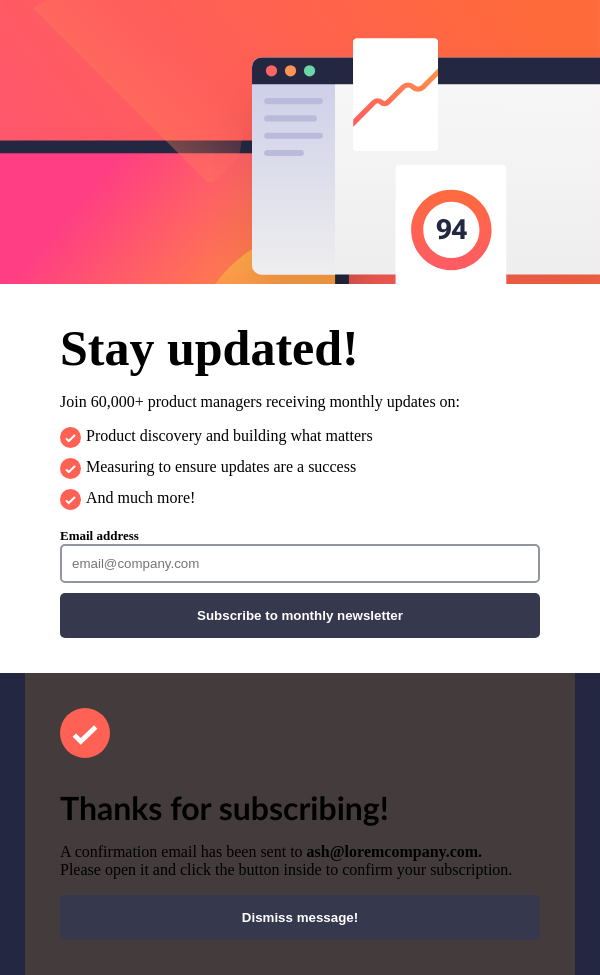
Repository: Celebration-cloud/Newsletter
Page: index.html
These files come from the project's save history. The page is drawn as it stood at one moment and after the next save; the edit follows.
The browser window is 600 px wide. The pictures show the whole page.

Above is the page before, as saved 2023-07-19 23:48:10.

### index.html
<!DOCTYPE html>
<html lang="en">
<head>
  <meta charset="UTF-8">
  <meta name="viewport" content="width=device-width, initial-scale=1.0"> <!-- displays site properly based on user's device -->

  <link rel="icon" type="image/png" sizes="32x32" href="./assets/images/favicon-32x32.png">
  <link rel="stylesheet" href="index.css">

  <title>Frontend Mentor | Newsletter sign-up form with success message</title>

  <!-- Feel free to remove these styles or customise in your own stylesheet 👍 -->
  <style>
    .attribution { font-size: 11px; text-align: center; }
    .attribution a { color: hsl(228, 45%, 44%); }
  </style>
</head>
<body>

  <!-- Sign-up form start -->
  <div id="container">
    <div id="home-page">
      <h2 id="news">Stay updated!</h2>
      <p id="content">Join 60,000+ product managers receiving monthly updates on:</p>
      <ul id="features">
        <li>
          <img id="list-icon" src="./assets/images/icon-list.svg" alt="" srcset="">
          <p>Product discovery and building what matters</p>
        </li>
        <li>
          <img id="list-icon" src="./assets/images/icon-list.svg" alt="" srcset="">
          <p>Measuring to ensure updates are a success</p>
        </li>
        <li>
          <img id="list-icon" src="./assets/images/icon-list.svg" alt="" srcset="">
          <p>And much more!</p>
        </li>
      </ul>
      <form action="email">
        <label for="email">Email address</label><br>
        <input type="email" name="email" required placeholder="email@company.com" id="email"><br>
        <button id="subscribe-btn" type="submit">Subscribe to monthly newsletter</button>
      </form>
    </div>
    <div id="sign-up"></div>
  </div>
  <script type="module" src="index.js"></script>


  <!-- Sign-up form end -->

  <!-- Success message start -->
  <div id="success">
    <img id="signed-icon" src="./assets/images/icon-list.svg" alt="" srcset="">
    <h2>Thanks for subscribing!</h2>
    <p>A confirmation email has been sent to <b>ash@loremcompany.com.</b> <br>
    Please open it and click the button inside to confirm your subscription.</p>
    <button type="reset" id="dismiss">Dismiss message!</button>
  </div>

<!--
  <div class="attribution">
    Challenge by <a href="https://www.frontendmentor.io?ref=challenge" target="_blank">Frontend Mentor</a>.
    Coded by <a href="#">Your Name Here</a>.
  </div> -->
</body>
</html>

### index.css
html, body{
    padding: 0;
    margin: 20px;
    box-sizing: border-box;
    background-color: hsl(234, 29%, 20%);
    -webkit-user-select: none;
    user-select: none;
    display: flex;
    justify-content: center;

}

#container{
    background-color: white;
    display: flex;
    flex-wrap: wrap;
    justify-content: space-between;
    padding: 15px;
    column-gap: 10px;
    margin: 0;
    border-radius: 15px;
}

#sign-up{
    background-image: url(./assets/images/illustration-sign-up-desktop.svg);
    background-repeat: no-repeat;
    background-size: cover;
    width: 305px;
    height: 450px;
}

#home-page{
    width: 50%;
    margin: auto;
}

ul{
    list-style-type: none;
    padding: 0;
    display: flex;
    flex-direction: column;
    gap: 10px;
}

li{
    display: flex;
    margin: 0;
    padding: 0;
}

li p {
    margin: 0;
    padding-left: 5px;
    align-self: flex-start;
}

#list-icon{
    padding: 0;
    margin: 0;
    align-self: flex-start;
}

#news{
    font-size: 312.5%;
    padding: 0;
    margin: 0;
}



label{
    font-size: 13px;
    font-weight: bolder;
}

input{
    width: 100%;
    padding: 10px;
    box-sizing: border-box;
    border-radius: 5px;
    margin-bottom: 10px;
    border: 2px solid hsl(231, 7%, 60%);
}

button{
    width: 100%;
    padding: 15px;
    box-sizing: border-box;
    border-radius: 5px;
    border: none;
    color: white;
    font-weight: bolder;
    background-color: hsl(235, 18%, 26%);
}

#success{
    background-color: rgb(68, 60, 60);
}

@media (max-width: 741px) {
    html, body{
        padding: 0;
        margin: 0;
        display: inline;
    }
    #container{
        background-color: white;
        display: flex;
        flex-wrap: wrap;
        flex-direction: column-reverse;
        margin: 0;
        padding: 0;
        border-radius: none;
        border-radius: 0;
    }
    #home-page{
        margin: auto;
        width: 80%;
        padding: 35px;
    }
    #sign-up{
        background-image: url(./assets/images/illustration-sign-up-mobile.svg);
        background-repeat: no-repeat;
        background-size: cover;
        width: 100%;
        height: 284px;
    }
    #success{
        margin: auto;
        width: 80%;
        padding: 35px;
        display: flex;
        flex-direction: column;
        justify-content: space-between;
    }
    #success img{
        width: 50px;
        margin-bottom: 30px;
    }
    #success h2{
        font-weight: bolder;
        margin: 0;
        font-size: xx-large;
        font-family: 'Gill Sans', 'Gill Sans MT', Calibri, 'Trebuchet MS', sans-serif;
    }
    #success p{
        font-weight: light;
    }


}

### index.js
// import { initializeApp } from "https://www.gstatic.com/firebasejs/9.15.0/firebase-app.js"
// import { getDatabase, ref, push, onValue } from "https://www.gstatic.com/firebasejs/9.15.0/firebase-database.js"

// let appSettings = {
//     "databaseUrl": " https://playground-51efb-default-rtdb.europe-west1.firebasedatabase.app/ "
// }

// const app = initializeApp(appSettings)
// const database = getDatabase(app)
// const newsLetterDb = ref(database, "newsLetterDb")

const emailEL = document.getElementById("email")
const inputEL = document.getElementById("subscribe-btn")
const container = document.getElementById("container")
const dismiss = document.getElementById("dismiss")

function successful() {
    let successful = `
        <div id="success">
            <img id="signed-icon" src="./assets/images/icon-list.svg" alt="" srcset="">
            <h2>Thanks for subscribing!</h2>
            <p>A confirmation email has been sent to ash@loremcompany.com. <br>
            Please open it and click the button inside to confirm your subscription.</p>
            <button type="reset" id="dismiss">Dismiss message!</button>
        </div>
    `
    container.innerHTML = successful
    // dismiss()
}

inputEL.addEventListener("click", function() {
    // let inputValue = emailEL.value
    // inputEL = inputValue
    // push( newsLetterDb, inputEL)
    successful()
})

// function dismiss() {
//      let content = `

//      `

// }
// dismiss.addEventListener("click", function() {
//     dismiss()
// })

After the next save:
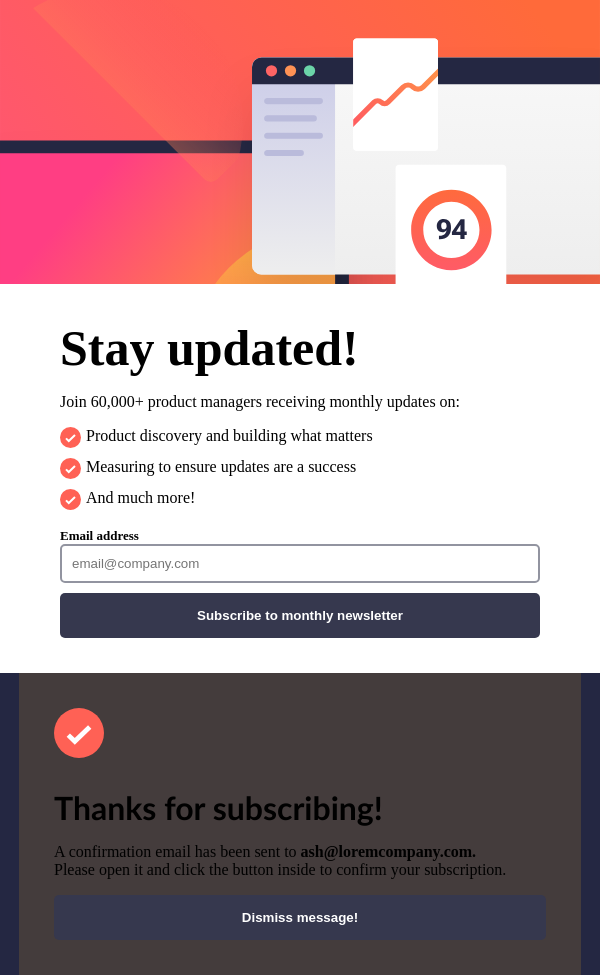
Saved 23 s later.
--- a/index.css
+++ b/index.css
@@ -127,7 +127,7 @@ button{
     }
     #success{
         margin: auto;
-        width: 80%;
+        width: 82%;
         padding: 35px;
         display: flex;
         flex-direction: column;
